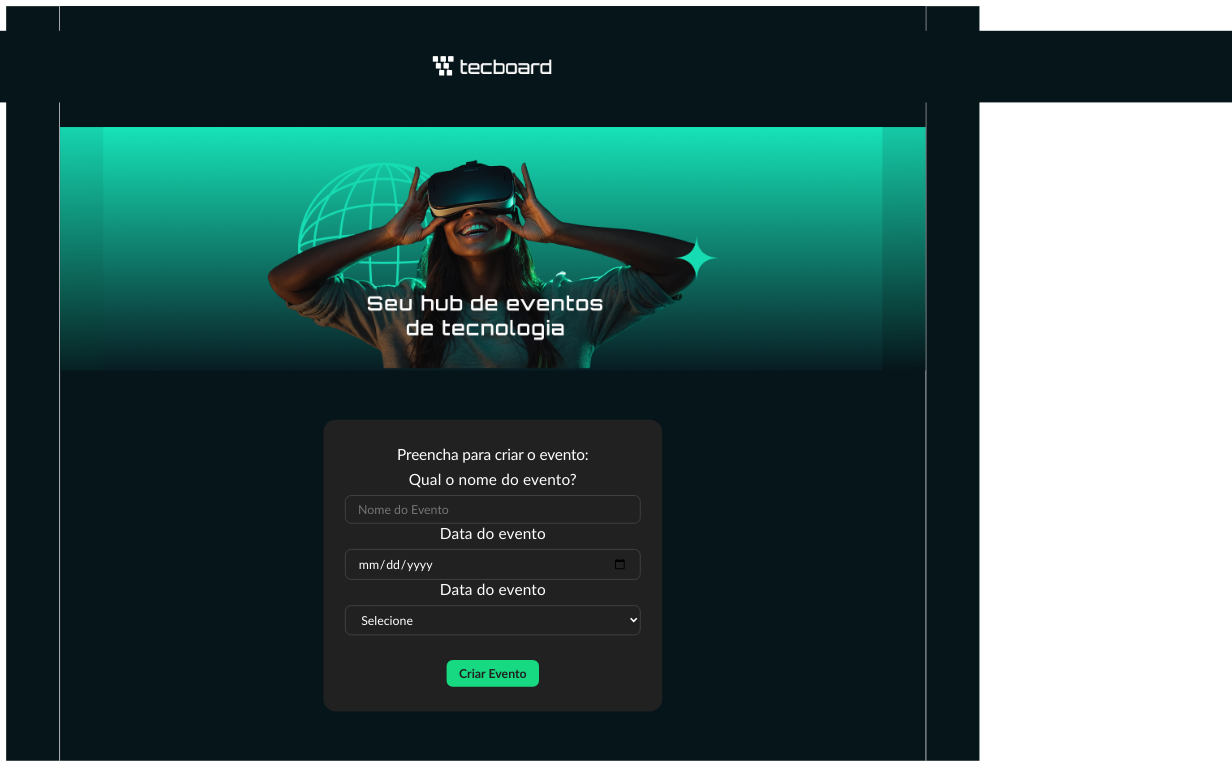
Repository: fernandadev12/techboard
Page: /
The author's editor kept a copy of each file at every save. The page is drawn from the files as they stood at one save, then again after the next save.
The browser window is 1280 px wide. The page is 1600 px wide, so the pictures cover 1600 px, including what lies to the right of the window. The pictures show the whole page, at 77% of full size.
The project was rebuilt for these pictures with package versions that can differ from the ones it lists, and the page was loaded fresh each time. Also part of the build but not shown: vite.config.js.

Above is the page before, as saved 2026-06-14 17:54:39.

### index.html
<!doctype html>
<html lang="en">
  <head>
    <meta charset="UTF-8" />
    <link rel="icon" type="image/svg+xml" href="/favicon.svg" />
    <meta name="viewport" content="width=device-width, initial-scale=1.0" />
    <link rel="preconnect" href="https://fonts.googleapis.com" />
    <link rel="preconnect" href="https://fonts.gstatic.com" crossorigin />
    <link
      href="https://fonts.googleapis.com/css2?family=Orbitron:wght@400..900&display=swap"
      rel="stylesheet"
    />
    <link rel="preconnect" href="https://fonts.googleapis.com" />
    <link rel="preconnect" href="https://fonts.gstatic.com" crossorigin />
    <link
      href="https://fonts.googleapis.com/css2?family=Orbitron:wght@400..900&family=Work+Sans:ital,wght@0,100..900;1,100..900&display=swap"
      rel="stylesheet"
    />
    <title>techboard</title>
  </head>
  <body>
    <div id="root"></div>
    <script type="module" src="/src/main.jsx"></script>
  </body>
</html>

### src/index.css
:root {
  --text: #6b6375;
  --text-h: #08060d;
  --bg: #fff;
  --border: #e5e4e7;
  --code-bg: #f4f3ec;
  --accent: #aa3bff;
  --accent-bg: rgba(170, 59, 255, 0.1);
  --accent-border: rgba(170, 59, 255, 0.5);
  --social-bg: rgba(244, 243, 236, 0.5);
  --shadow:
    rgba(0, 0, 0, 0.1) 0 10px 15px -3px, rgba(0, 0, 0, 0.05) 0 4px 6px -2px;

  --sans: system-ui, "Segoe UI", Roboto, sans-serif;
  --heading: system-ui, "Segoe UI", Roboto, sans-serif;
  --mono: ui-monospace, Consolas, monospace;

  font: 18px/145% var(--sans);
  letter-spacing: 0.18px;
  color-scheme: light dark;
  color: var(--text);
  background: var(--bg);
  font-synthesis: none;
  text-rendering: optimizeLegibility;
  -webkit-font-smoothing: antialiased;
  -moz-osx-font-smoothing: grayscale;

  @media (max-width: 1024px) {
    font-size: 16px;
  }
}

* {
  font-family:
    "Trebuchet MS", "Lucida Sans Unicode", "Lucida Grande", "Lucida Sans",
    Arial, sans-serif;
}

@media (prefers-color-scheme: dark) {
  :root {
    --text: #9ca3af;
    --text-h: #f3f4f6;
    --bg: #16171d;
    --border: #2e303a;
    --code-bg: #1f2028;
    --accent: #c084fc;
    --accent-bg: rgba(192, 132, 252, 0.15);
    --accent-border: rgba(192, 132, 252, 0.5);
    --social-bg: rgba(47, 48, 58, 0.5);
    --shadow:
      rgba(0, 0, 0, 0.4) 0 10px 15px -3px, rgba(0, 0, 0, 0.25) 0 4px 6px -2px;
  }

  #social .button-icon {
    filter: invert(1) brightness(2);
  }
}

body {
  background-color: #06151a;
}

#root {
  width: 1126px;
  max-width: 100%;
  margin: 0 auto;
  text-align: center;
  border-inline: 1px solid var(--border);
  min-height: 100svh;
  display: flex;
  flex-direction: column;
  box-sizing: border-box;
}

h1,
h2 {
  font-family: var(--heading);
  font-weight: 500;
  color: var(--text-h);
}

h1 {
  font-size: 56px;
  letter-spacing: -1.68px;
  margin: 32px 0;
  @media (max-width: 1024px) {
    font-size: 36px;
    margin: 20px 0;
  }
}
h2 {
  font-size: 24px;
  line-height: 118%;
  letter-spacing: -0.24px;
  margin: 0 0 8px;
  @media (max-width: 1024px) {
    font-size: 20px;
  }
}
p {
  margin: 0;
}

code,
.counter {
  font-family: var(--mono);
  display: inline-flex;
  border-radius: 4px;
  color: var(--text-h);
}

code {
  font-size: 15px;
  line-height: 135%;
  padding: 4px 8px;
  background: var(--code-bg);
}

### src/App.jsx
import "./App.css";
import { Banner } from "./componentes/Banner";
import { Tema } from "./componentes/Tema";
import { FormularioDeEvento } from "./componentes/FormularioDeEvento";

function App() {
  const temas = [
    {
      id: 1,
      nome: "Front-end",
    },
    {
      id: 2,
      nome: "Back-end",
    },
    {
      id: 3,
      nome: "Mobile",
    },
    {
      id: 4,
      nome: "DevOps",
    },
    {
      id: 5,
      nome: "Inteligência Artificial",
    },
    {
      id: 6,
      nome: "Cloud",
    },
  ];

  return (
    <main>
      <header>
        <img src="/Header.png"></img>
      </header>
      <Banner />
      <FormularioDeEvento />

      {temas.map(function (item) {
        return (
          <section>
            <Tema tema={item.nome} />
          </section>
        );
      })}
    </main>
  );
}

export default App;

### src/App.css
header {
  background-color: #06151a;
  padding: 32px;
  display: flex;
  justify-content: center;
}

.form-evento {
  background-color: #212121;
  padding: 32px 28px;
  border-radius: 15px;
  width: 394px;
  margin: 64px auto;
  max-width: 320px;
}
.hero {
  position: relative;

  .base,
  .framework,
  .vite {
    inset-inline: 0;
    margin: 0 auto;
  }

  .base {
    width: 170px;
    position: relative;
    z-index: 0;
  }

  .framework,
  .vite {
    position: absolute;
  }

  .framework {
    z-index: 1;
    top: 34px;
    height: 28px;
    transform: perspective(2000px) rotateZ(300deg) rotateX(44deg) rotateY(39deg)
      scale(1.4);
  }

  .vite {
    z-index: 0;
    top: 107px;
    height: 26px;
    width: auto;
    transform: perspective(2000px) rotateZ(300deg) rotateX(40deg) rotateY(39deg)
      scale(0.8);
  }
}

#center {
  display: flex;
  flex-direction: column;
  gap: 25px;
  place-content: center;
  place-items: center;
  flex-grow: 1;

  @media (max-width: 1024px) {
    padding: 32px 20px 24px;
    gap: 18px;
  }
}

#next-steps {
  display: flex;
  border-top: 1px solid var(--border);
  text-align: left;

  & > div {
    flex: 1 1 0;
    padding: 32px;
    @media (max-width: 1024px) {
      padding: 24px 20px;
    }
  }

  .icon {
    margin-bottom: 16px;
    width: 22px;
    height: 22px;
  }

  @media (max-width: 1024px) {
    flex-direction: column;
    text-align: center;
  }
}

#docs {
  border-right: 1px solid var(--border);

  @media (max-width: 1024px) {
    border-right: none;
    border-bottom: 1px solid var(--border);
  }
}

#next-steps ul {
  list-style: none;
  padding: 0;
  display: flex;
  gap: 8px;
  margin: 32px 0 0;

  .logo {
    height: 18px;
  }

  a {
    color: var(--text-h);
    font-size: 16px;
    border-radius: 6px;
    background: var(--social-bg);
    display: flex;
    padding: 6px 12px;
    align-items: center;
    gap: 8px;
    text-decoration: none;
    transition: box-shadow 0.3s;

    &:hover {
      box-shadow: var(--shadow);
    }
    .button-icon {
      height: 18px;
      width: 18px;
    }
  }

  @media (max-width: 1024px) {
    margin-top: 20px;
    flex-wrap: wrap;
    justify-content: center;

    li {
      flex: 1 1 calc(50% - 8px);
    }

    a {
      width: 100%;
      justify-content: center;
      box-sizing: border-box;
    }
  }
}

#spacer {
  height: 88px;
  border-top: 1px solid var(--border);
  @media (max-width: 1024px) {
    height: 48px;
  }
}

.ticks {
  position: relative;
  width: 100%;

  &::before,
  &::after {
    content: "";
    position: absolute;
    top: -4.5px;
    border: 5px solid transparent;
  }

  &::before {
    left: 0;
    border-left-color: var(--border);
  }
  &::after {
    right: 0;
    border-right-color: var(--border);
  }
}

### src/componentes/Banner/index.jsx
import "./bannerstyles.css";

export function Banner() {
  return (
    <section className="banner">
      <img src="/Banner.jpg"></img>
    </section>
  );
}

### src/componentes/Tema/index.jsx
import "./temastyles.css";

export function Tema({ tema }) {
  return <h3 className="titulotema">{tema.nome}</h3>;
}

### src/componentes/FormularioDeEvento/index.jsx
import { TituloFormulario } from "../TituloFormulario";
import { CampoFormulario } from "../CampoDeFormulario";
import { LabelFormulario } from "../Label";
import { CampoDeEntrada } from "../CampoDeEntrada";
import "./formularioEventoStyles.css";
import { BotaoFormulario } from "../Botao";
import { ListaSuspensa } from "../ListaSuspensa";

export function FormularioDeEvento() {
  return (
    <form className="form-evento">
      <TituloFormulario> Preencha para criar o evento:</TituloFormulario>
      <div className="campor">
        <CampoFormulario>
          <LabelFormulario htmlFor="nome">
            Qual o nome do evento?
          </LabelFormulario>
          <CampoDeEntrada
            type="text"
            id="nome"
            placeholder="Nome do Evento"
            name="nomeEvento"
          />
        </CampoFormulario>

        <CampoFormulario>
          <LabelFormulario htmlFor="dataEvento">Data do evento</LabelFormulario>
          <CampoDeEntrada type="date" id="dataEvento" name="dataEvento" />
        </CampoFormulario>

        <CampoFormulario>
          <LabelFormulario htmlFor="dataEvento">Data do evento</LabelFormulario>
          <ListaSuspensa />
        </CampoFormulario>
      </div>

      <div className="acoes">
        <BotaoFormulario>Criar Evento</BotaoFormulario>
      </div>
    </form>
  );
}

### src/componentes/Banner/bannerstyles.css
.banner {
  background: linear-gradient(179deg, #16d5af 0%, #06151a);
  display: flex;
  justify-content: center;
}

.banner img {
  max-width: 90%;
}

### src/componentes/Tema/temastyles.css
.titulotema {
  color: #fff;
  font-family: "Orbiton", sans-serif;
  font-weight: 600;
  font-size: 20px;
  line-height: 120%;
  letter-spacing: 10%;
  text-transform: uppercase;
}

### src/componentes/TituloFormulario/index.jsx
import "./titulostyle.css";

// export function TituloFormulario() {
//   return <h3 class="tituloform">Preencha para criar um evento:</h3>;
// }
export function TituloFormulario({ children }) {
  return <h2 className="tituloform">{children}</h2>;
}

### src/componentes/CampoDeFormulario/index.jsx
import "./campoformestyles.css";

export function CampoFormulario({ children }) {
  return <fieldset className="campoform">{children}</fieldset>;
}

### src/componentes/Label/index.jsx
import "./labelstyles.css";

export function LabelFormulario({ children, htmlFor }) {
  return (
    <label className="label" htmlFor={htmlFor}>
      {children}
    </label>
  );
}

### src/componentes/CampoDeEntrada/index.jsx
import "./campoentradastyles.css";

export function CampoDeEntrada(props) {
  return <input className="campoformularioinput" {...props} />;
}

### src/componentes/FormularioDeEvento/formularioEventoStyles.css
.campos {
  display: flex;
  flex-direction: column;
  gap: 16px;
}

.form-evento {
  background-color: #212121;
  padding: 32px 28px;
  border-radius: 16px;
  width: 384px;
  max-width: 90%;
  margin: 64px auto;
}

.acoes {
  margin-top: 32px;
  text-align: center;
}

### src/componentes/Botao/index.jsx
import "./botaostyles.css";

export function BotaoFormulario({ children }) {
  return <button className="botaoform">{children}</button>;
}

### src/componentes/ListaSuspensa/index.jsx
import "./listasuspensastyles.css";

export function ListaSuspensa() {
  return (
    <select className="listasuspensaform">
      <option value="">Selecione</option>
      <option value="valor1">valor1</option>
      <option value="valor2">valor2</option>
    </select>
  );
}

### src/componentes/TituloFormulario/titulostyle.css
.tituloform {
  font-family:
    "Trebuchet MS", "Lucida Sans Unicode", "Lucida Grande", "Lucida Sans",
    Arial, sans-serif;
  font-weight: 400;
  font-size: 20px;
  line-height: 125%;
  color: #fff;
}

### src/componentes/CampoDeFormulario/campoformestyles.css
.campoform {
  display: flex;
  flex-direction: column;
  gap: 8px;
  border: none;
  padding: 0;
  margin: 0;
}

### src/componentes/Label/labelstyles.css
.label {
  font-family:
    "Trebuchet MS", "Lucida Sans Unicode", "Lucida Grande", "Lucida Sans",
    Arial, sans-serif;
  font-weight: 400;
  font-size: 20px;
  line-height: 125%;
  color: #fff;
}

### src/componentes/CampoDeEntrada/campoentradastyles.css
.campoformularioinput {
  border-radius: 8px;
  background-color: transparent;
  border: 1px solid #4a4949;
  color: #fff;
  padding: 8px 16px;
  font-size: 16px;
  font-weight: 400;
  line-height: 120%;
}

.campoformularioinput:placeholder {
  color: #4a4949;
}

### src/componentes/Botao/botaostyles.css
.botaoform {
  font-weight: 600;
  font-size: 16px;
  line-height: 120%;
  color: #212121;
  padding: 8px 16px;
  background-color: #17d981;
  border-radius: 8px;
  border: none;
}

.botaoform:hover {
  opacity: 0.8;
  cursor: pointer;
}

### src/componentes/ListaSuspensa/listasuspensastyles.css
.listasuspensaform {
  border-radius: 8px;
  background-color: transparent;
  border: 1px solid #4a4949;
  color: #fff;
  padding: 8px 16px;
  font-size: 16px;
  font-weight: 400;
  line-height: 120%;
}

Loaded but not shown: src/main.jsx (common file)

After the next save:
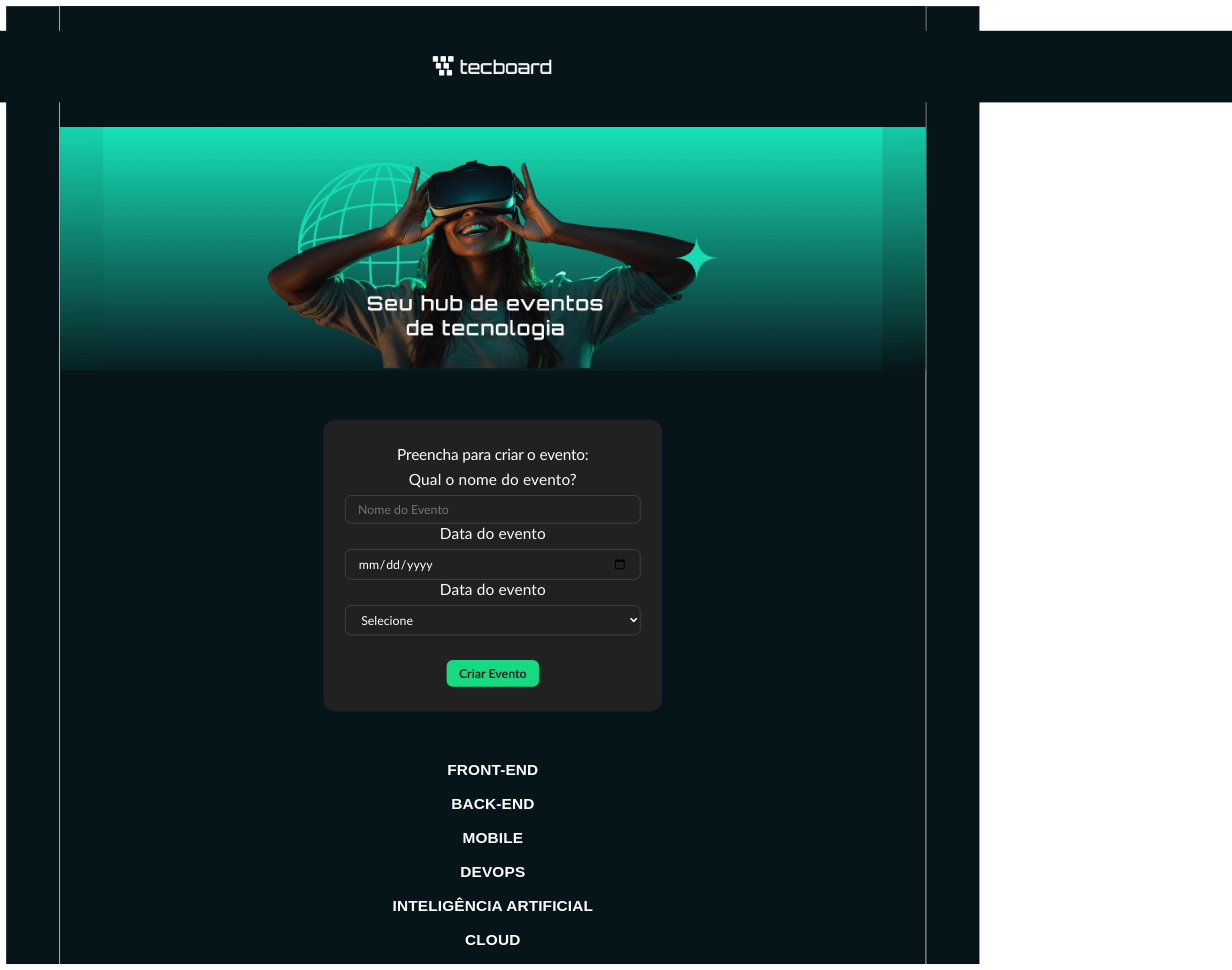
Saved 28 s later.
--- a/src/App.jsx
+++ b/src/App.jsx
@@ -42,7 +42,7 @@
       {temas.map(function (item) {
         return (
           <section>
-            <Tema tema={item.nome} />
+            <Tema tema={item} />
           </section>
         );
       })}

After the save that followed:
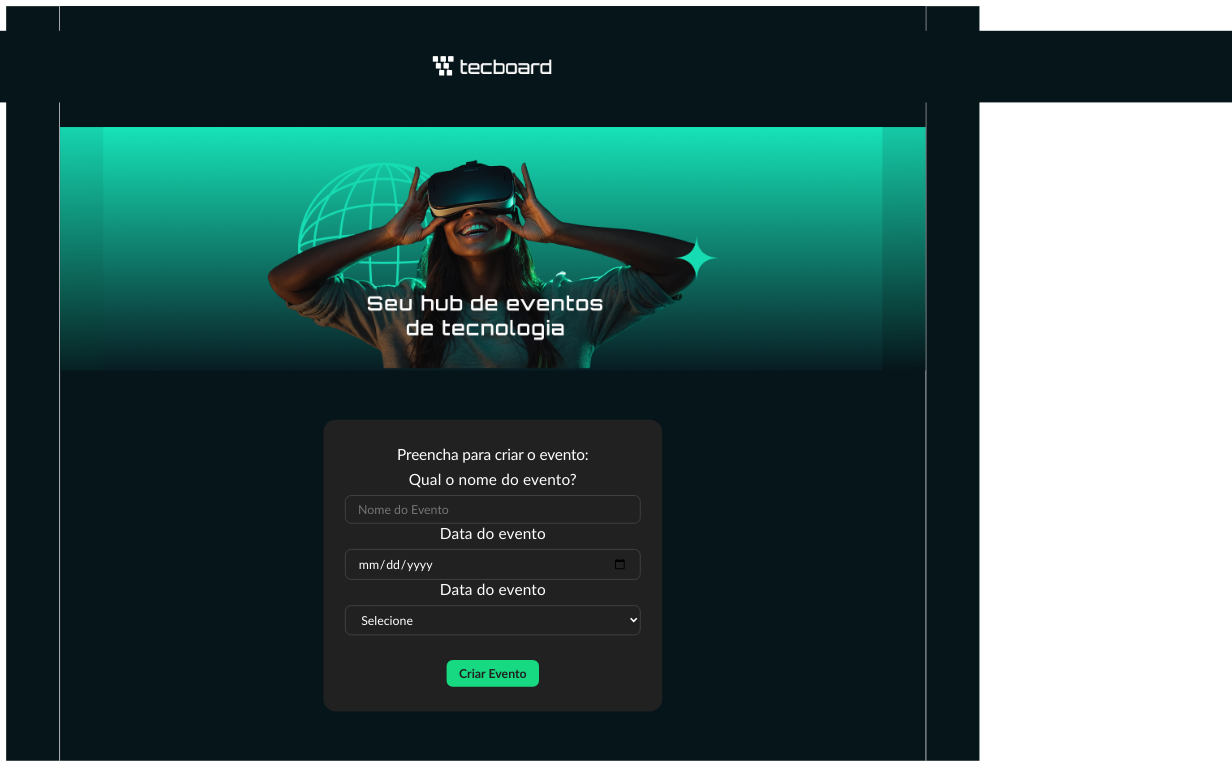
Saved 56 s later.
--- a/src/App.jsx
+++ b/src/App.jsx
@@ -41,8 +41,8 @@
 
       {temas.map(function (item) {
         return (
-          <section>
-            <Tema tema={item} />
+          <section key={item.id}>
+            <Tema tema={item.nome} />
           </section>
         );
       })}
